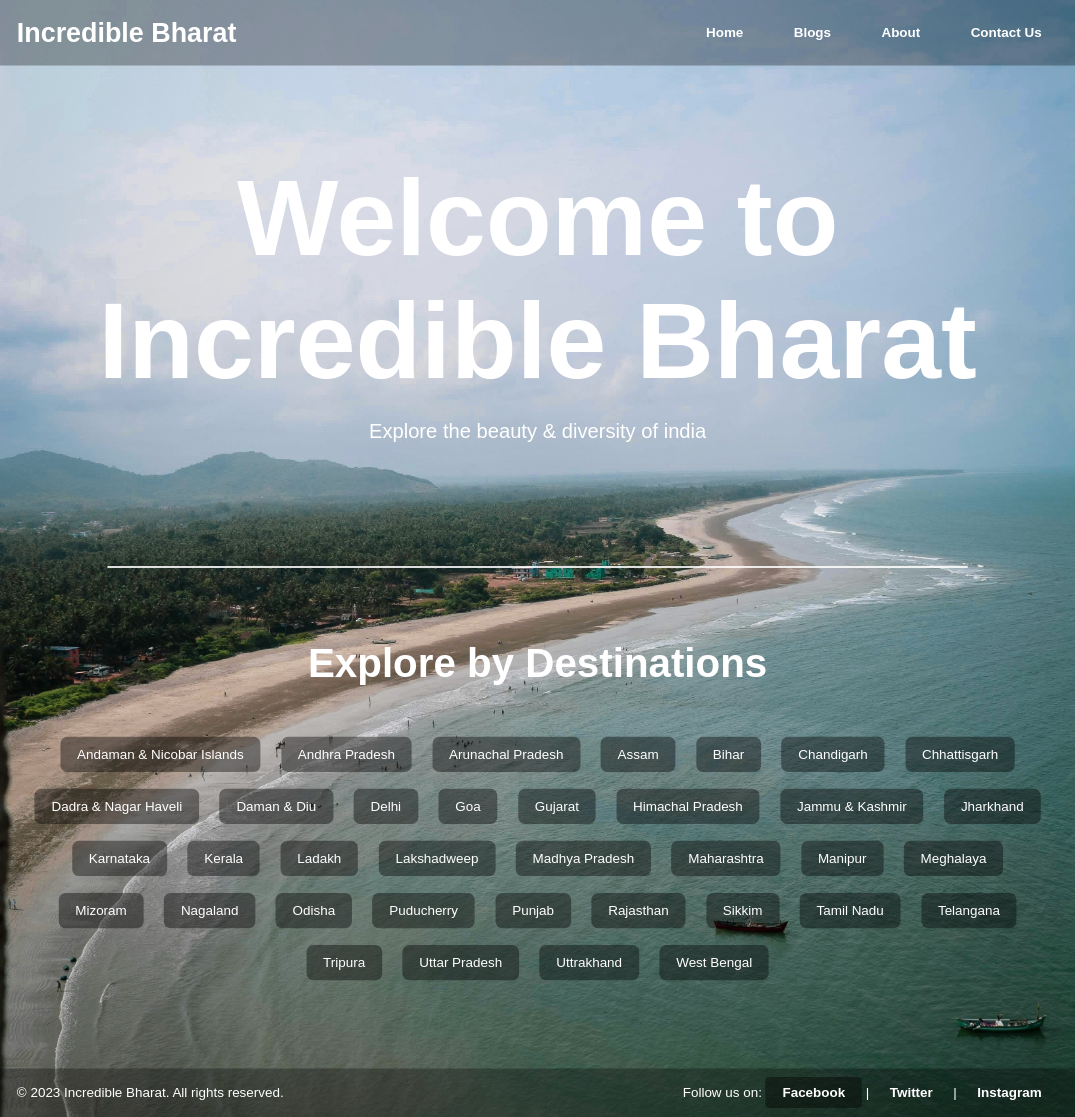
Repository: jaidhiman111/incrediblebharat
Page: index.html
These files come from the project's save history. The page is drawn as it stood at one moment and after the next save; the edit follows.
The browser window is 1280 px wide. The pictures show the whole page, at 84% of full size.
The pointer rests on the first visible `.footer a`.

Above is the page before, as saved 2025-04-30 22:42:33.

After the next save:
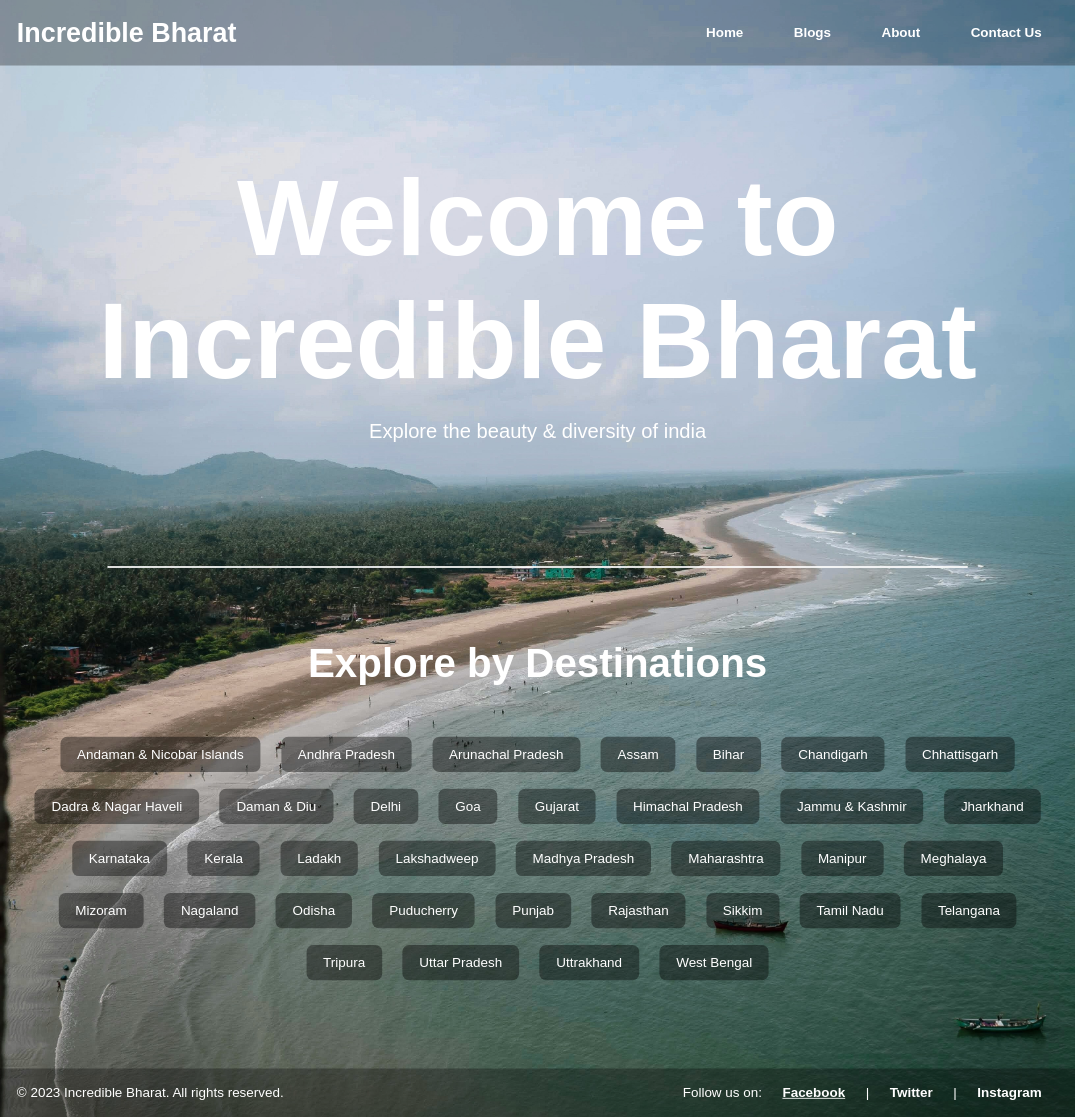
Saved 33 s later.
--- a/assets/style.css
+++ b/assets/style.css
@@ -156,5 +156,5 @@ hr {
 .footer a:hover {
     color: #fff;
     transform: scale(1.1);
-    background-color: rgba(0, 0, 0, 0.4);
+    text-decoration: underline;
 }
